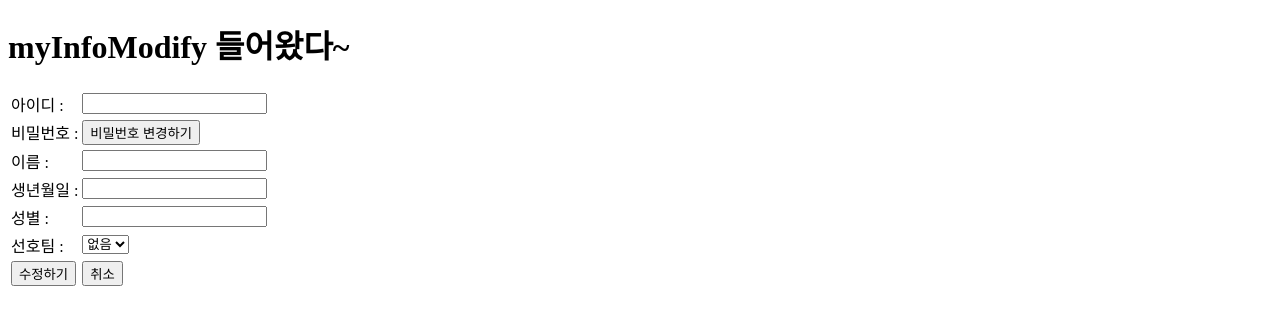
Repository: banana1531/ggs
Page: http://localhost/ggs/WEB-INF/views/myPage/myInfoModify.jsp
An editor plug-in stored every save of this project. The page is shown before and after the next save, followed by the edit.
The browser window is 1280 px wide. The pictures show the whole page.
The page is served by Tomcat 9. Nobody is signed in. The template is opened directly, without the code that normally fills it, so the values that code supplies are empty.

Above is the page before, as saved 2020-07-11 09:01:52.

After the next save:
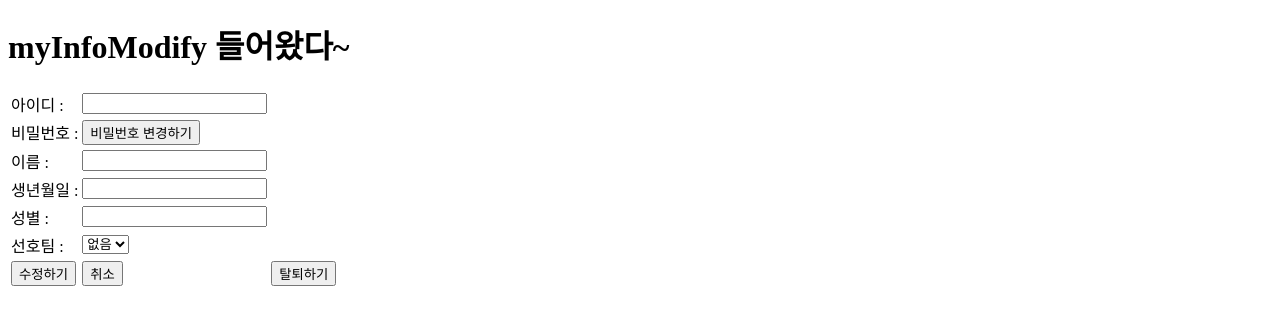
Saved 38 h 33 min later.
--- a/99s/ggs/src/main/webapp/WEB-INF/views/myPage/myInfoModify.jsp
+++ b/99s/ggs/src/main/webapp/WEB-INF/views/myPage/myInfoModify.jsp
@@ -52,8 +52,9 @@
 				</tr>
 
 				<tr>
-					<td><input type="submit" value="수정하기"></td>
-					<td><input type="reset" value="취소"></td>
+					<td><button class="btn">수정하기</button></td>
+					<td><button type="reset" class="btn">취소</button></td>
+					<td><a href="#"><button class="btn">탈퇴하기</button></a></td>
 				</tr>
 			</table>
 
